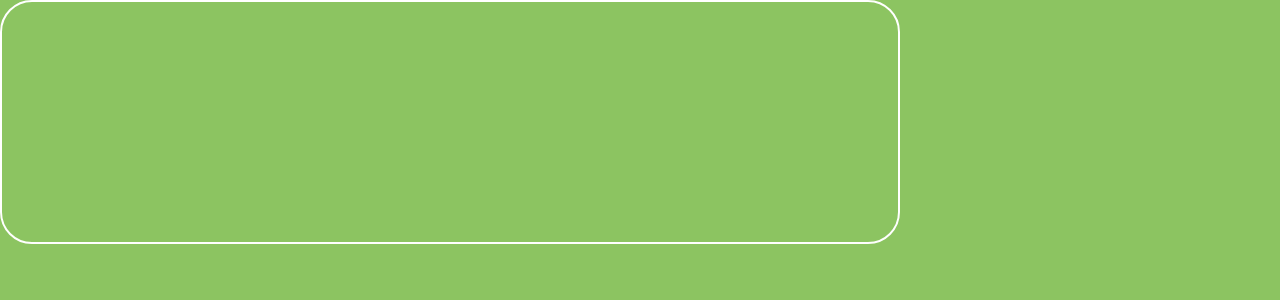
Repository: drumsmanku/Major-module-project-1
Page: index.html
These files come from the project's save history. The page is drawn as it stood at one moment and after a run of saves; the edit follows.
The browser window is 1280 px wide. The pictures show the whole page.

Above is the page before, as saved 2023-04-27 10:20:32.

After the next 2 saves:
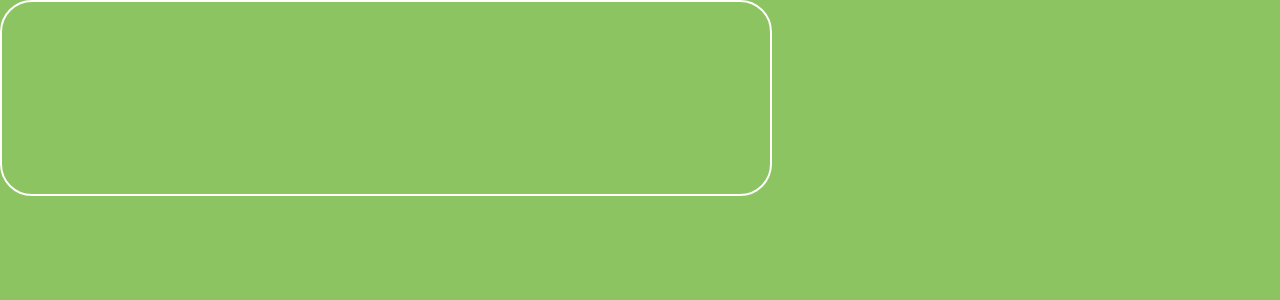
The 2 saves are shown as one change because they came seconds apart.
The last was saved 25 s later.
--- a/styles.css
+++ b/styles.css
@@ -8,8 +8,8 @@
 }
 
 .first-container{
-  height: 15rem;
-  width: 70vw;
+  height: 12rem;
+  width: 60vw;
   border: 2px solid white;
   background: none;
   border-radius: 2rem;
